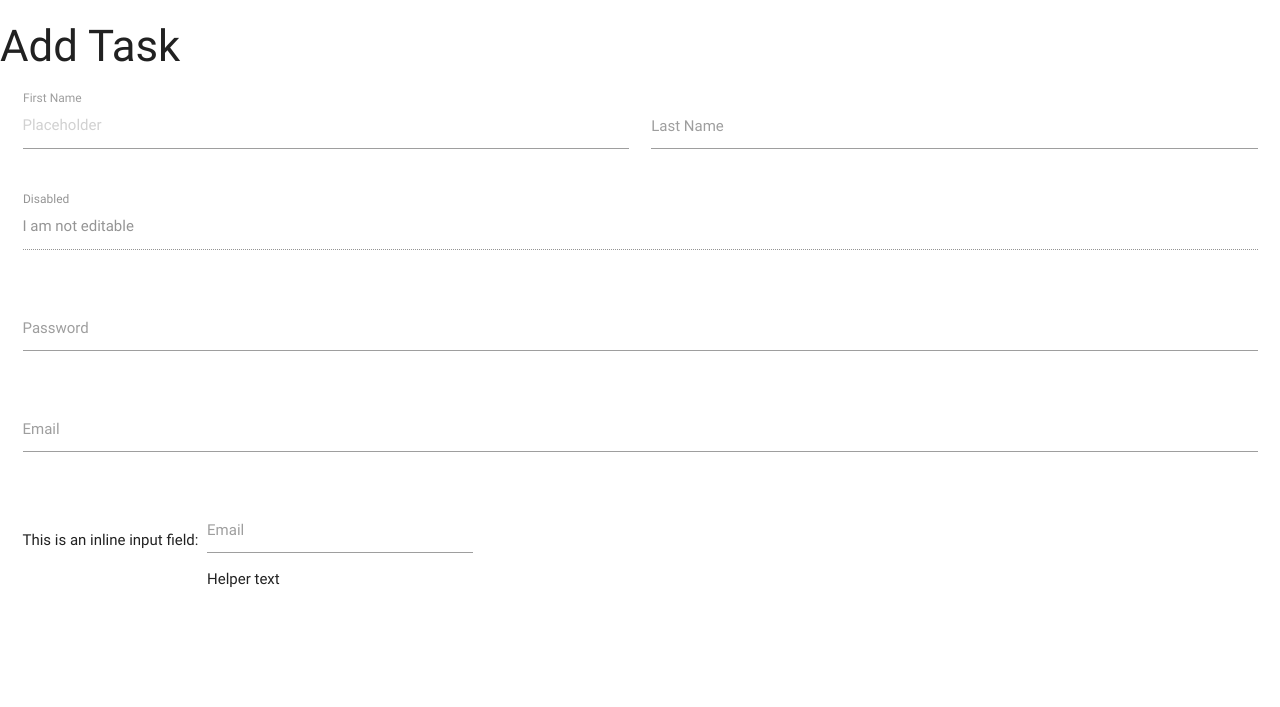
Repository: kalkiboru111/task-manager
Page: http://localhost/add_task
The author's editor kept a record of every edit. The page is drawn from the files as they stood at one moment, then again after the next edit.
The browser window is 1280 px wide. The pictures show the whole page.
The page is served by the project's application, run on Flask 3 (app.py).

Above is the page before.

After the next edit:
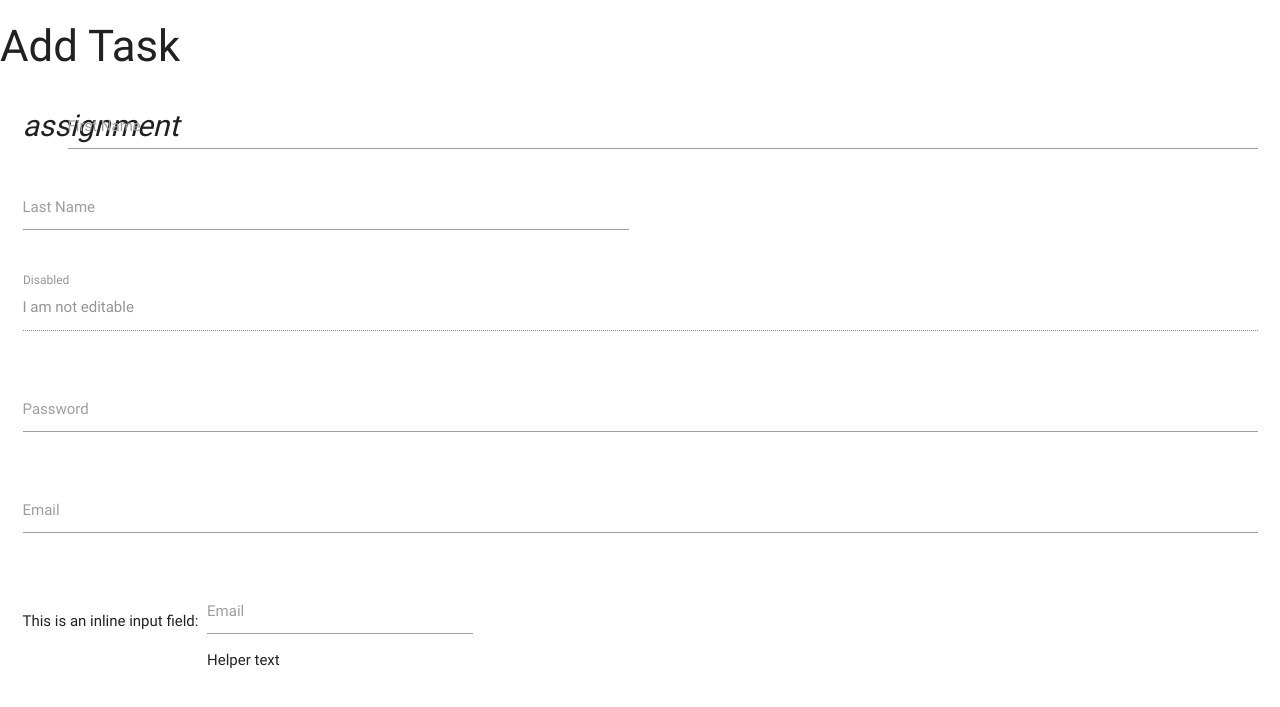
The edit:
--- a/templates/addtask.html
+++ b/templates/addtask.html
@@ -5,8 +5,9 @@
 <div class="row">
     <form action="" method="POST" class="col s12">
         <div class="row">
-            <div class="input-field col s6">
-                <input placeholder="Placeholder" id="first_name" type="text" class="validate">
+            <div class="input-field col s12">
+                <i class="material icons prefix">assignment</i>
+                <input id="task_name" name="task_name" type="text" class="validate">
                 <label for="first_name">First Name</label>
             </div>
             <div class="input-field col s6">
